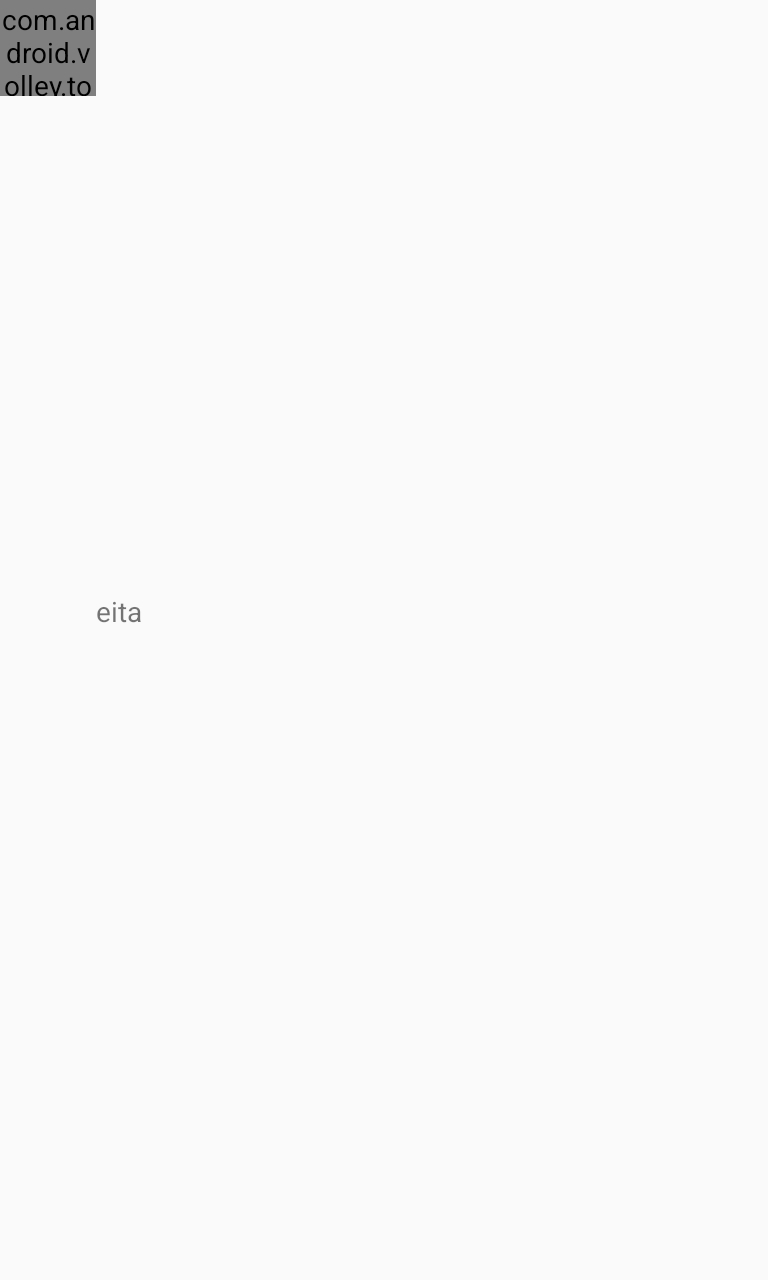
Repository: Sror/android_gdgjp_io
Layout: GoogleIOVolley/res/layout/row_beer.xml
These files come from the project's save history. The layout is drawn as it stood at one moment and after the next save; the edit follows.
Pictures or frames that could not be fetched are drawn as grey boxes. It is drawn on a 768 x 1280 px phone screen (xhdpi) without system bars, with theme AppTheme; the app's code is not run.

Above is the layout before, as saved 2014-06-25 02:59:59.

### GoogleIOVolley/res/layout/row_beer.xml
<?xml version="1.0" encoding="utf-8"?>
<LinearLayout xmlns:android="http://schemas.android.com/apk/res/android"
    android:layout_width="match_parent"
    android:layout_height="56dp"
    android:layout_gravity="center_vertical"
    android:orientation="horizontal" >

    <com.android.volley.toolbox.NetworkImageView
        android:id="@+id/iv_thumb"
        android:layout_width="48dp"
        android:layout_height="48dp"
        android:scaleType="fitCenter" />

    <TextView
        android:id="@+id/tv_beer_name"
        android:layout_width="match_parent"
        android:layout_height="48dp"
        android:text="eita"
        android:layout_gravity="center_vertical" />

</LinearLayout>

Loaded but not shown: GoogleIOVolley/res/values/styles.xml (common file); GoogleIOVolley/res/values-v11/styles.xml (common file); GoogleIOVolley/res/values-v14/styles.xml (common file)

After the next save:
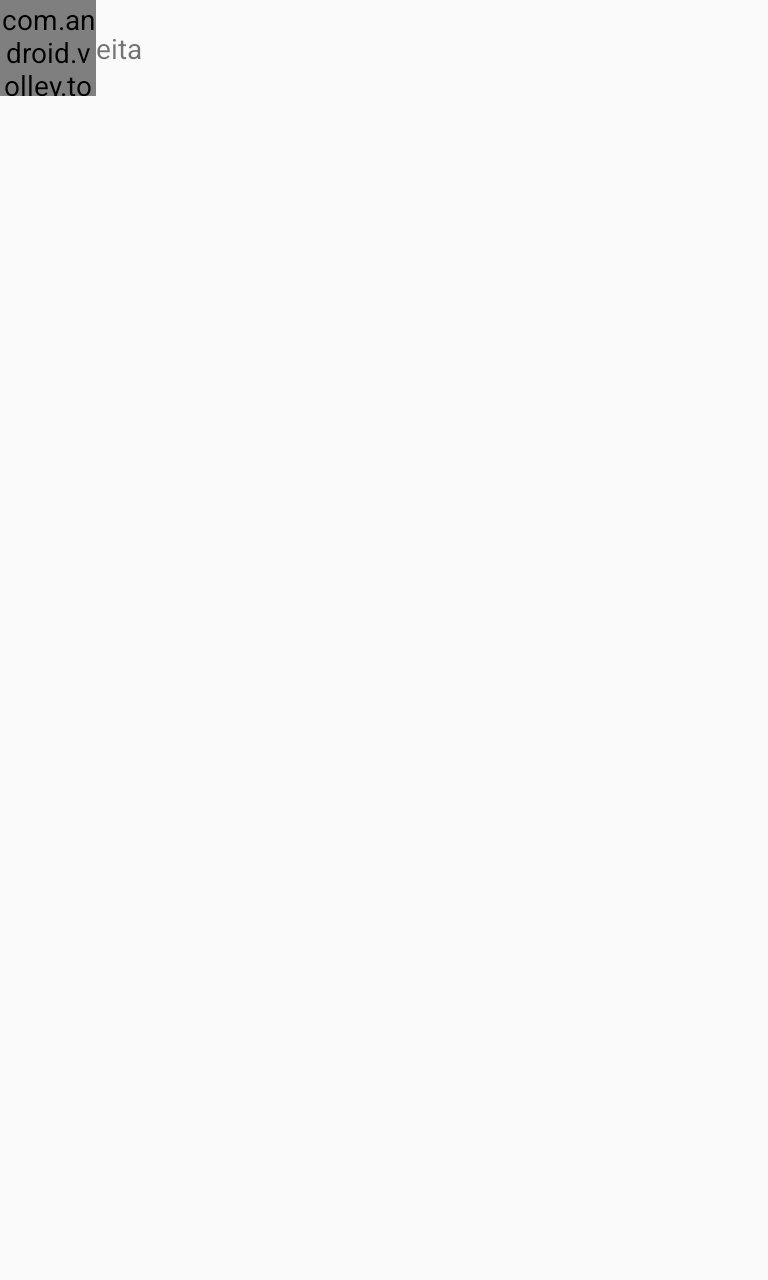
Saved 8 s later.
--- a/GoogleIOVolley/res/layout/row_beer.xml
+++ b/GoogleIOVolley/res/layout/row_beer.xml
@@ -16,6 +16,6 @@
         android:layout_width="match_parent"
         android:layout_height="48dp"
         android:text="eita"
-        android:layout_gravity="center_vertical" />
+        android:gravity="center_vertical" />
 
 </LinearLayout>
